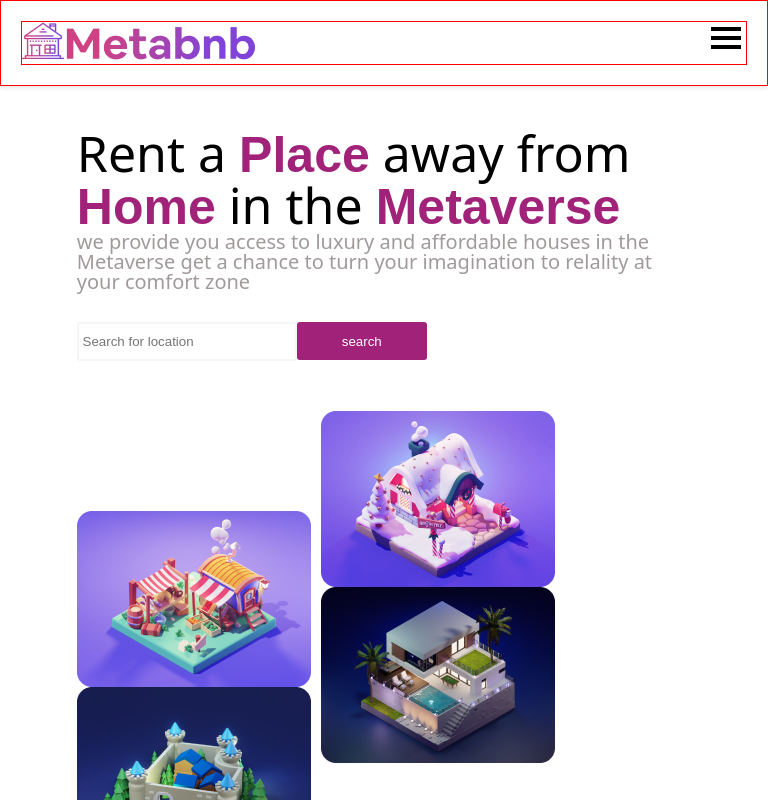
Repository: trenzyfx1/Metabnb
Page: index.html
These files come from the project's save history. The page is drawn as it stood at one moment and after the next save; the edit follows.
The browser window is 768 px wide. The pictures show the whole page.
An inner scrolling area shows only its first screen.

Above is the page before, as saved 2025-05-12 15:09:43.

After the next save:
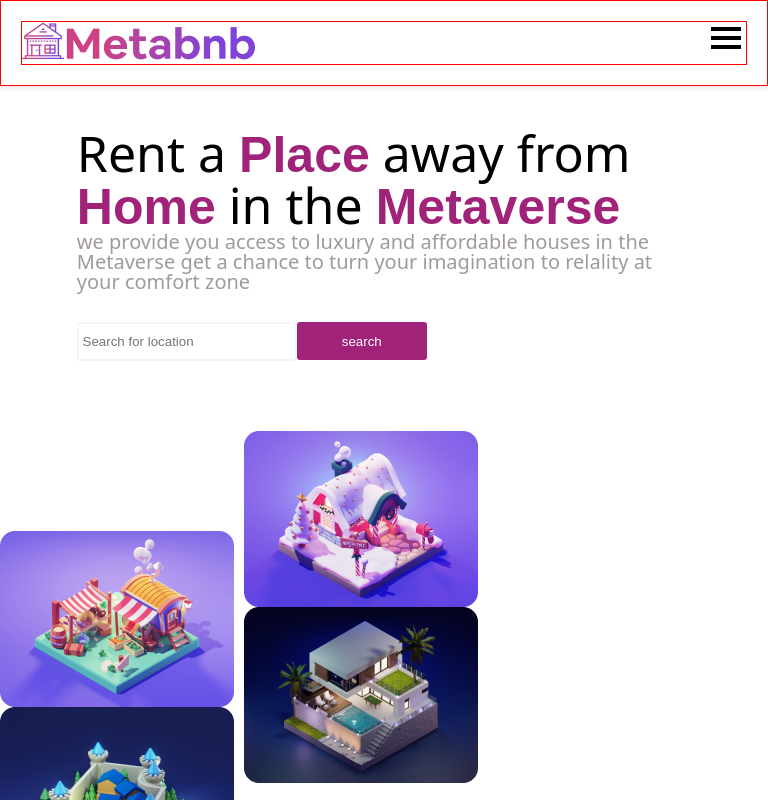
Saved 6 s later.
--- a/style.css
+++ b/style.css
@@ -439,7 +439,7 @@
 
 
     .image-container {
-        margin: 20 0;
+        margin: 20px 0;
         max-width: 100%;
         /* margin-left: 70px; */
 
